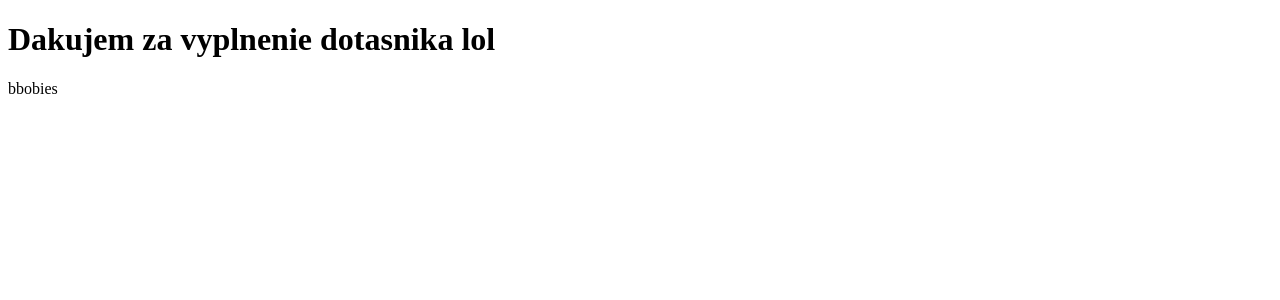
Repository: fojutoro/cyber-security-team-1
Page: http://localhost/website/main.php
The author's editor kept a copy of each file at every save. The page is drawn from the files as they stood at one save, then again after the next save.
The browser window is 1280 px wide. The pictures show the whole page.
The page is run by PHP 8.4 with error messages shown; the project is at /var/www/html/.

Above is the page before, as saved 2022-11-10 10:14:55.

After the next save:
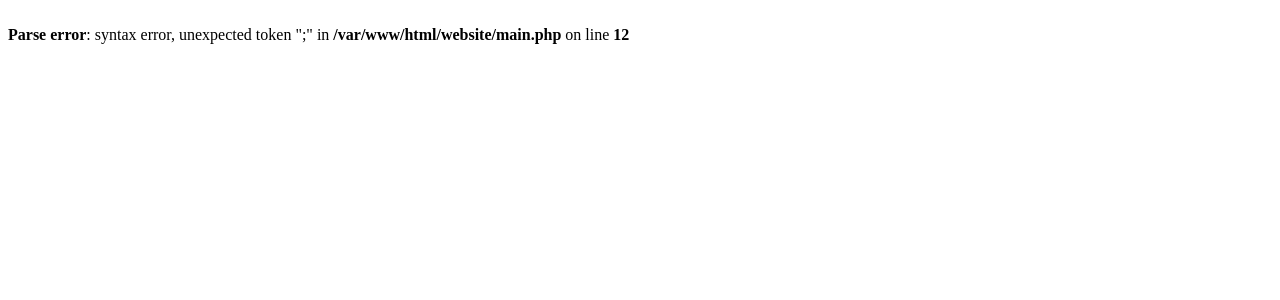
Saved 11 s later.
--- a/website/main.php
+++ b/website/main.php
@@ -9,7 +9,7 @@
 <body>
     <h1>Dakujem za vyplnenie dotasnika lol</h1>
     <?php
-    echo "bbobies";
+    echo "Tvoj input: ".;
     ?>
 </body>
 </html>
